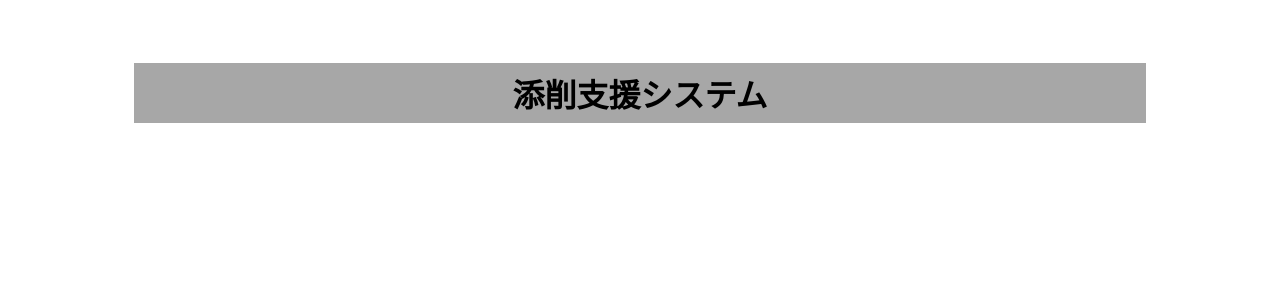
Repository: k-murakami18/canvas_v2
Page: Main.html
These files come from the project's save history. The page is drawn as it stood at one moment and after the next save; the edit follows.
The browser window is 1280 px wide. The pictures show the whole page.

Above is the page before, as saved 2021-01-04 19:34:41.

### Main.html
<!DOCTYPE html>
<html lang="en">
<head>
  <meta charset="UTF-8">
  <title>添削支援システム</title>
  <link rel="stylesheet" href="css/jquery-ui-1.8.16.custom.css" />
  <link rel="stylesheet" href="./style.css">
  <link rel="stylesheet" href="https://cdn.jsdelivr.net/npm/simplebar@latest/dist/simplebar.css">
  <script src="//cdnjs.cloudflare.com/ajax/libs/jspdf/1.3.3/jspdf.min.js"></script>
  <script src="js/jquery.1.6.4.min.js"></script>
  <script src="js/jquery-ui-1.8.16.custom.min.js"></script>
  <script type="text/javascript" src="./dist/fabric.js"></script>
  <script type="text/javascript" src="./dist/fabric.min.js"></script>
</head>

<body>
  <!--タイトルとファイル選択-->
  <div class="title">
    <div class="title_container">
      <div style="float: left;">
        <h1 id="title" style="display:inline;">添削支援システム</h1>
      </div>
    </div>
  </div>
  <div style="clear:left;"></div>

</body>
</html>

### style.css
/*タイトルコンテナ*/
.title_container{
  width: 80%;
  height: 60px;
  display: flex;
  background-color: #A7A7A7;
  justify-content: center; /*左右中央*/
  align-items: center; /*上下中央*/
  margin-top: 5%;
  margin-bottom: 5px;
  margin-left: auto;
  margin-right: auto;
}

/*ボタンコンテナ*/
.button_container{
  width: 50px;
  height: 602px;
  background-color: #DADADA;
  margin-bottom: 5px;
  margin-right: 5px;
}

/*各ボタンの設定*/
.btn-box,.btn_box{
  display: inline-block;
  widows: 25px;
  height: 25px;
  border: 1px black solid;
  padding: 2px;
  border-radius: 5px;
}
.btn_box_black{
  display: inline-block;
  widows: 25px;
  height: 25px;
  border: 1px white solid;
  padding: 2px;
  border-radius: 5px;
}
.select{
  margin-top: 10px;
  margin-left: 9px;
}
.aaa{
  margin-top: 0px;
  margin-left: 9px;
}
.margin{
  margin-top: 10px;
  margin-left: 9px;
}

/*ボタン枠線削除*/
input:focus {
	outline:0;
}

/*キャンバス*/
canvas {
	position: relative;
	border:1px solid #000;
}

/*保存履歴コンテナ*/
.history_container{
  height: 600px;
  width: 330px;
  background-color: whitesmoke;
  border: 1px solid black;
  margin-left: 10px;
}

/*保存履歴タイトル*/
#title_tmpList{
  margin-top: 2px;
  margin-left: 10px;
  margin-bottom: 2px;
  font-weight: bolder;
  text-align: center;
}
.subtitle_tmpList{
  margin-top: 3px;
  margin-bottom: 3px;
  font-weight: bolder;
  font-size: 13px;
  text-align: center;
}

/*「保存履歴」の下線*/
.hr{
  border-bottom: 1px solid black;
  width: 93%;
  margin-left: auto;
  margin-right: auto;
}
/*「ブックマーク」「添削保存」の下線*/
.hr2{
  border-bottom: 1px solid black;
  width: 83%;
  margin-left: auto;
  margin-right: auto;
}

#bookmark_viewpanel{
  height: 539px;
  width: 100px;
  background-color: whitesmoke;
  margin-top: 5px;
}

#normal_viewpanel{
  height: 539px;
  width: 190px;
  background-color: whitesmoke;
  margin-top: 5px;
}

#bookmark_tmp{
  border-right: 1px solid black;
}

.tmpImage{
  border: 1px solid black;
  margin-left: 10px;
}

#setColor li{
  display: inline-block;
  width: 25px;
  height: 25px;
  border:1px solid #000;
}

Loaded but not shown: css/jquery-ui-1.8.16.custom.css (library); js/jquery.1.6.4.min.js (library); js/jquery-ui-1.8.16.custom.min.js (library); dist/fabric.js (library); dist/fabric.min.js (library)

After the next save:
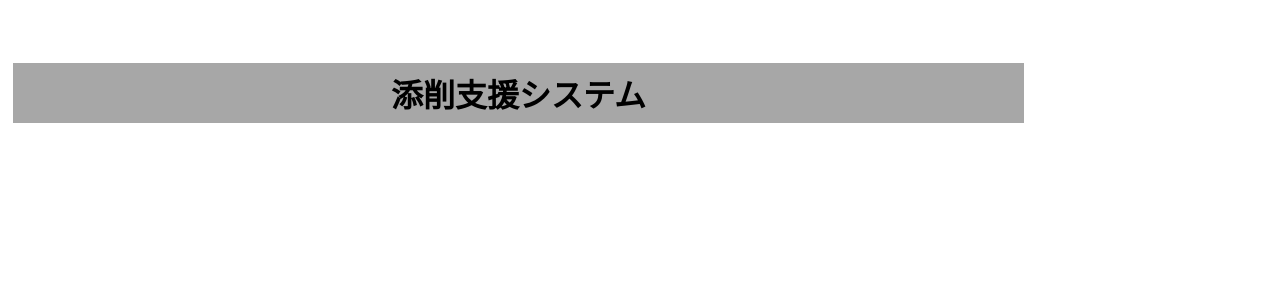
Saved 53 s later.
--- a/style.css
+++ b/style.css
@@ -6,10 +6,7 @@
   background-color: #A7A7A7;
   justify-content: center; /*左右中央*/
   align-items: center; /*上下中央*/
-  margin-top: 5%;
-  margin-bottom: 5px;
-  margin-left: auto;
-  margin-right: auto;
+  margin: 5% auto auto  5px;
 }
 
 /*ボタンコンテナ*/

After the 2 saves that followed:
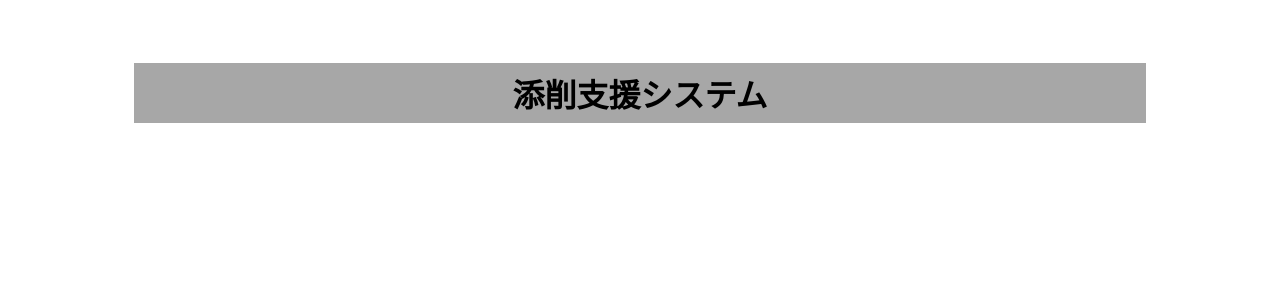
The 2 saves are shown as one change because 1 left the picture as it was.
The last was saved 27 s later.
--- a/style.css
+++ b/style.css
@@ -6,7 +6,10 @@
   background-color: #A7A7A7;
   justify-content: center; /*左右中央*/
   align-items: center; /*上下中央*/
-  margin: 5% auto auto  5px;
+  margin-top: 5%;
+  margin-bottom: 5px;
+  margin-left: auto;
+  margin-right: auto;
 }
 
 /*ボタンコンテナ*/
